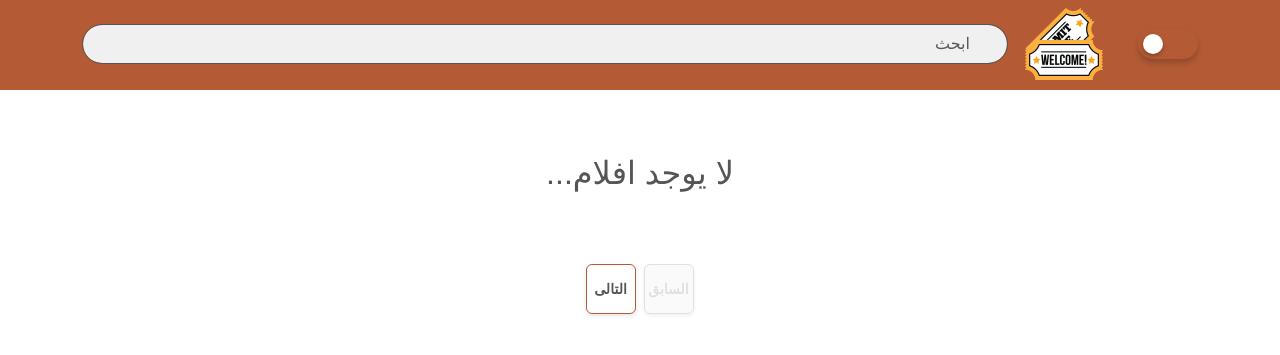
Repository: kerlos-alfy/Movie-List
Page: /
An editor plug-in stored every save of this project. The page is shown before and after the next save, followed by the edit.
The browser window is 1280 px wide. The pictures show the whole page.
The page's requests for data from a server got no answer. The project was rebuilt for these pictures with package versions that can differ from the ones it lists, and the page was loaded fresh each time. No one was signed in, and anything a server would have sent is missing. Also part of the build but not shown: vite.config.js, src/App.css, src/components/CardMovie.jsx, src/components/MovieDetails.jsx.

Above is the page before, as saved 2025-01-16 06:25:26.

After the next save:
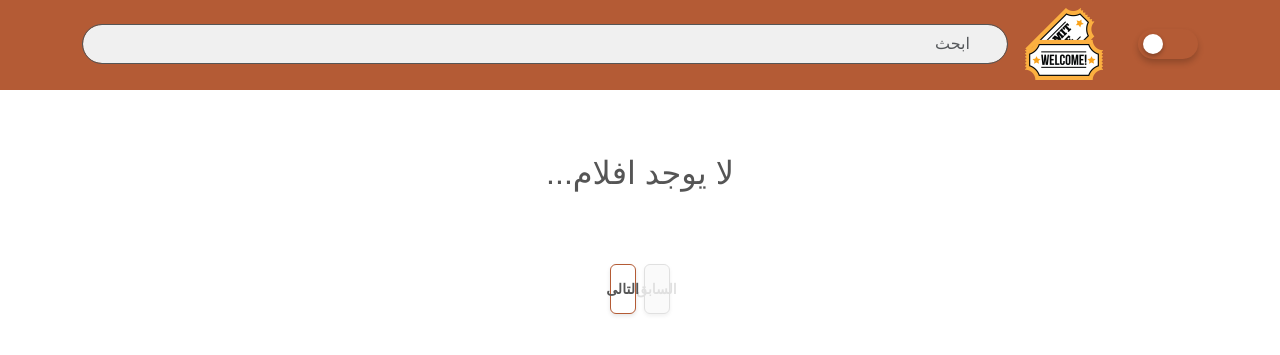
Saved 16 s later.
--- a/src/index.css
+++ b/src/index.css
@@ -4,7 +4,7 @@
 	--text-color: #555555;
 	--primary-color: #b45b35;
 	--card-background: #f8f8f8;
-	--overlay-background: #333333;
+	--overlay-background: #393839;
 }
 
 /* الوضع الداكن */
@@ -12,7 +12,7 @@
 	--background-color: #121212;
 	--text-color: #f0f0f0;
 	--primary-color: #ff6f61;
-	--card-background: #f8f8f8;
+	--card-background: #1e1e1e;
 	--overlay-background: #333333;
 }
 
@@ -216,7 +216,7 @@ body {
 	color: var(--text-color, #555555); /* لون النص */
 	border: 1px solid var(--primary-color, #b45b35); /* الإطار */
 	border-radius: 6px; /* حواف مستديرة */
-	width: 50px;
+	width: 0px;
 	height: 50px;
 	display: flex;
 	justify-content: center;
